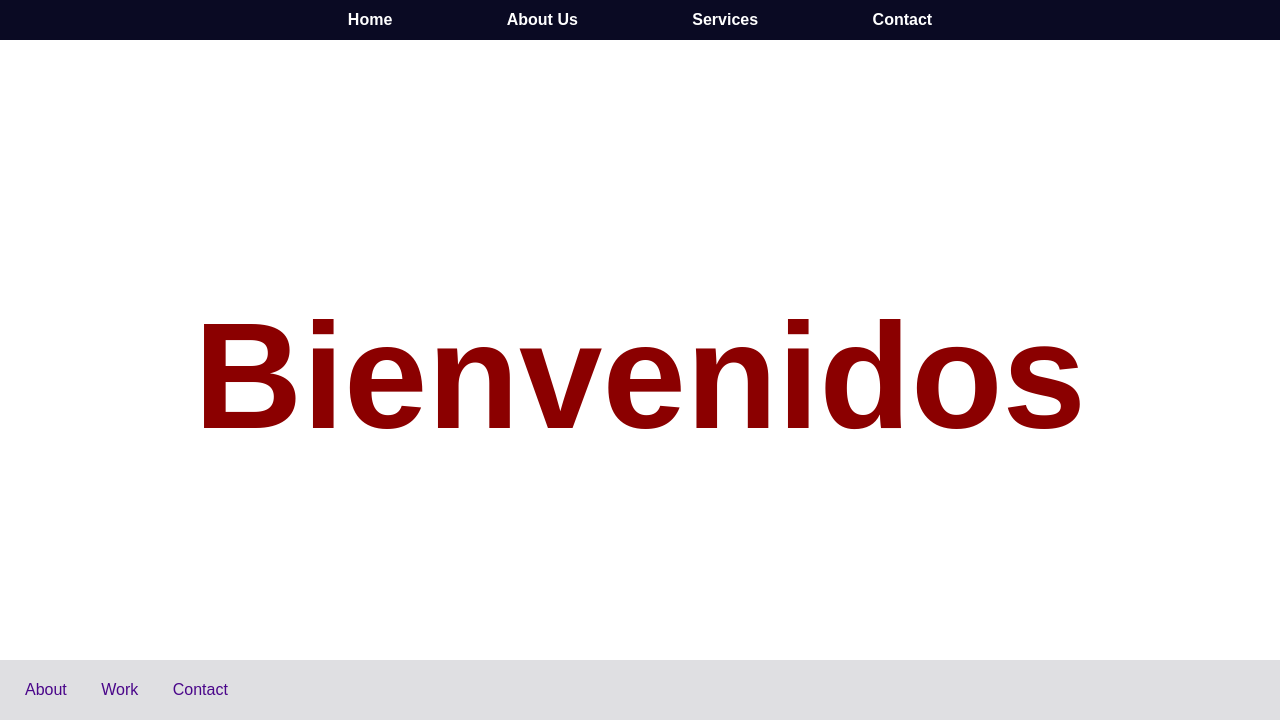
Repository: RaquelAlvarezz/Ejercicios-FormawebIV
Page: Práctica examen/index.html
The author's editor kept a copy of each file at every save. The page is drawn from the files as they stood at one save, then again after the next save.
The browser window is 1280 px wide. The pictures show the whole page.
Some web libraries are served in a nearby version.

Above is the page before, as saved 2021-11-25 12:59:58.
Console error: TypeError: Cannot read properties of null (reading 'addEventListener')

### Práctica examen/index.html
<!DOCTYPE html>
<html lang="en">
<head>
    <meta charset="UTF-8">
    <meta http-equiv="X-UA-Compatible" content="IE=edge">
    <meta name="viewport" content="width=device-width, initial-scale=1.0">
    <link rel="stylesheet" href="https://use.fontawesome.com/releases/v5.5.0/css/all.css" integrity="sha384-B4dIYHKNBt8Bc12p+WXckhzcICo0wtJAoU8YZTY5qE0Id1GSseTk6S+L3BlXeVIU" crossorigin="anonymous">
    <link rel="stylesheet" href="css/styles.css">
    <script src="js/script.js"type="text/javascript" defer></script>
    <script src="js/footer.js" type="text/javascript" defer></script>
    <title>Inicio</title>
</head>
<body>
    <header-component></header-component>
   <main>
    <!-- Your page's content -->
    <h1>Bienvenidos</h1>

  </main>
  <footer-component></footer-component>
</body>
</html>

### Práctica examen/css/styles.css
* {
    margin: 0;
    padding: 0;
}
html,
body {
  height: 100%;
}

body {
  color: rgb(74, 6, 138);
  font-family: sans-serif;
  display: flex;
  flex-direction: column;
}

main {
  flex: 1 0 auto;
}
h1{
    text-align: center;
    margin-top: 250px;
    font-size: 150px;
    color: darkred;
}
.container {
    font-family: 'Montserrat', sans-serif;
}

.banner {
    width: 100%;
    height: 100vh;
    background: linear-gradient(rgba(0, 0, 0, .7), rgba(0, 0, 0, .8)), url(../img/flower-g59389d559_1920.jpg) center no-repeat;
    background-size: cover;
}

.logo {
    height: 80px;
    width: 80px;
    position: fixed;
    top: 20px;
    left: 50px;
    z-index: 100;
}

.logo img {
    width: 100%;
}

.hamburger-menu {
    width: 45px;
    height: 35px;
    position: fixed;
    top: 40px;
    right: 50px;
    display: flex;
    flex-direction: column;
    justify-content: space-between;
    cursor: pointer;
    z-index: 100;
}



.top-nav {
    height: 15vh;
    width: 100%;
    background: linear-gradient(rgba(0, 0, 0, .8), rgba(0, 0, 0, .8)), url(images/nav-bg.jpeg) no-repeat 50% 0;
    background-size: cover;
    position: fixed;
    top: -15vh;
    z-index: 50;
    transition: top .4s;
}

.change .top-nav {
    top: 0;
}

.nav-list {
    list-style: none;
    width: 80%;
    margin: auto;
    height: inherit;
    display: flex;
    justify-content: space-evenly;
    align-items: center;
}

.nav-link {
    text-decoration: none;
    font-size: 30px;
    text-transform: uppercase;
    color: #ccc;
    background-color: #000;
    letter-spacing: 1px;
    padding: 5px 10px;
    display: block;
    position: relative;

}

.nav-link:hover {
    transform: rotateX(90deg);
}

.nav-link::after {
    content: attr(data-text);
    position: absolute;
    left: 0;
    bottom: -100%;
    background-color: #000;
    padding: inherit;
    color: #16c3cf;
    transform: rotateX(-90deg);
    transform-origin: top;
}

.bottom-nav {
    width: 100%;
    height: 85vh;
    background: linear-gradient(rgba(0, 0, 0, .8), rgba(0, 0, 0, .8)), url(images/nav-bg.jpeg) no-repeat 50% -15vh;
    background-size: cover;
    position: fixed;
    bottom: -85vh;
    transition: bottom .4s;
}


@media(max-width: 1200px) {
    .top-nav {
        background: #010101;
    }

    .nav-list {
        justify-content: center;
    }

    .nav-link {
        font-size: 25px;
    }

}

@media(max-width: 900px) {

    .top-nav {
        height: 25vh;
        top: -25vh;
    }

    .nav-list {
        width: 70%;
        flex-wrap: wrap;
        align-content: center;
    }

    .nav-link {
        margin: 3px 0;
    }

}
*/
@media(max-width: 750px) {
    .nav-list {
        width: 60%;
    }

}

@media(max-width: 550px) {

    .logo {
        width: 70px;
        height: 70px;
        left: 30px;
    }

    .top-nav {
        height: 30vh;
        top: -30vh;
    }

}

@media(max-width: 450px) {


    .top-nav {
        height: 35vh;
        top: -35vh;
    }

    .nav-list {
        width: 50%;
    }
}

### Práctica examen/js/script.js
const headerTemplate = document.createElement('template');

headerTemplate.innerHTML = `
  <style>
    nav {
      height: 40px;
      display: flex;
      align-items: center;
      justify-content: center;
      background-color:  #0a0a23;
    }

    ul {
      padding: 0;
    }

    ul li {
      list-style: none;
      display: inline;
    }

    a {
      font-weight: 700;
      margin: 0 55px;
      color: #fff;
      text-decoration: none;
    }

    a:hover {
      padding-bottom: 5px;
      box-shadow: inset 0 -2px 0 0 #fff;
    }
  </style>
  <div class="container">
       <div class="nav-wrapper">
           <div class="hamburger-menu">
               <div class="line line-1"></div>
               <div class="line line-2"></div>
               <div class="line line-3"></div>
           </div>
       <nav class="top-nav">
            <ul class="nav-list">

                   <li><a href="#" class="nav-link" data-text="Home">Home</a></li>
                   <li><a href="#" class="nav-link" data-text="About Us">About Us</a></li>
                   <li><a href="#" class="nav-link" data-text="Services">Services</a></li>
                   <li><a href="#" class="nav-link" data-text="Contact">Contact</a></li>
             </ul>
          </nav>
       </div>
   </div>
`;

class Header extends HTMLElement {
  constructor() {
    super();
  }

  connectedCallback() {
    const shadowRoot = this.attachShadow({ mode: 'closed' });

    shadowRoot.appendChild(headerTemplate.content);
  }
}
customElements.define('header-component', Header);
document.querySelector('.hamburger-menu').addEventListener('click', () => {
    document.querySelector('.nav-wrapper').classList.toggle('change');
});

### Práctica examen/js/footer.js
const footerTemplate = document.createElement('template');

footerTemplate.innerHTML = `
  <style>
    footer {
      height: 60px;
      padding: 0 10px;
      list-style: none;
      display: flex;
      flex-shrink: 0;
      justify-content: space-between;
      align-items: center;
      background-color: #dfdfe2;
    }

    ul {
      padding: 0;
    }

    ul li {
      list-style: none;
      display: inline;
    }

    a {
      margin: 0 15px;
      color: inherit;
      text-decoration: none;
    }

    a:hover {
      padding-bottom: 5px;
      box-shadow: inset 0 -2px 0 0 #333;
    }

    .social-row {
      font-size: 20px;
    }

    .social-row li a {
      margin: 0 15px;
    }
  </style>
  <footer>
    <ul>
      <li><a href="about.html">About</a></li>
      <li><a href="work.html">Work</a></li>
      <li><a href="contact.html">Contact</a></li>
    </ul>
    <ul class="social-row">
      <li><a href="https://github.com/my-github-profile"><i class="fab fa-github"></i></a></li>
      <li><a href="https://twitter.com/my-twitter-profile"><i class="fab fa-twitter"></i></a></li>
      <li><a href="https://www.linkedin.com/in/my-linkedin-profile"><i class="fab fa-linkedin"></i></a></li>
    </ul>
  </footer>
`;

class Footer extends HTMLElement {
  constructor() {
    super();
  }

  connectedCallback() {
    const fontAwesome = document.querySelector('link[href*="font-awesome"]');
    const shadowRoot = this.attachShadow({ mode: 'closed' });

    if (fontAwesome) {
      shadowRoot.appendChild(fontAwesome.cloneNode());
    }

    shadowRoot.appendChild(footerTemplate.content);
  }
}

customElements.define('footer-component', Footer);

After the next save:
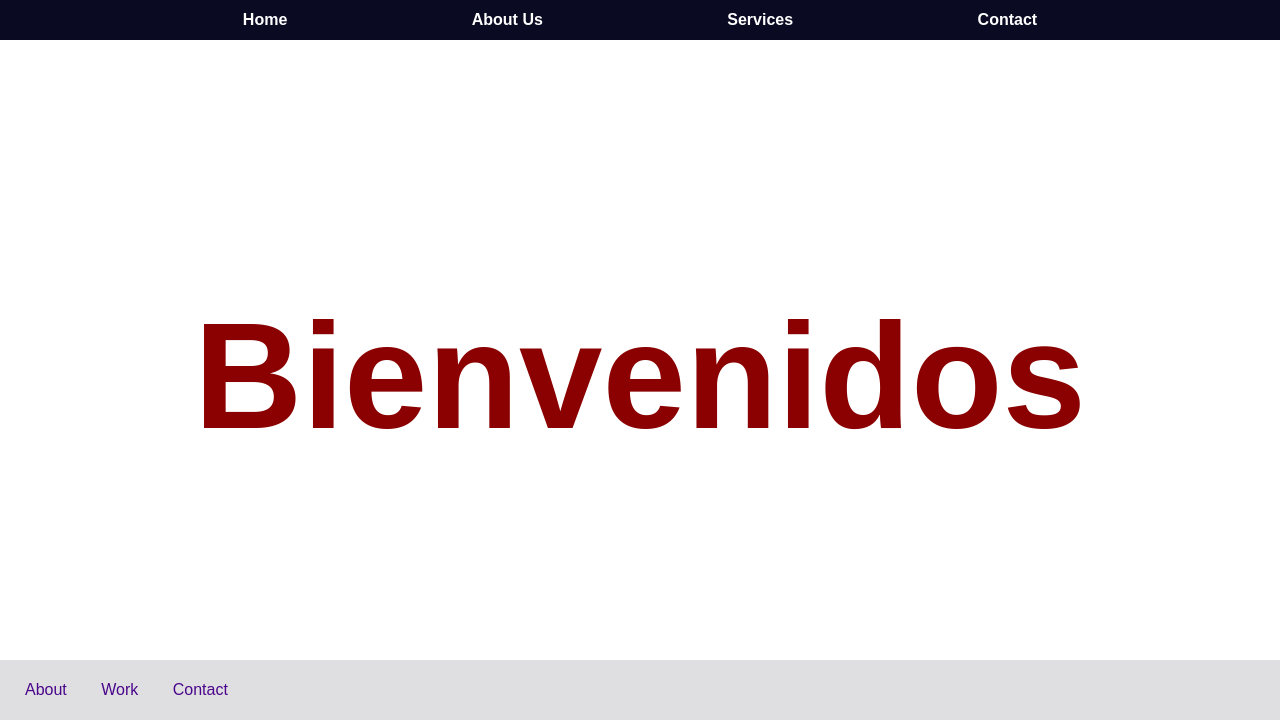
Saved 17 s later.
--- a/Práctica examen/js/script.js
+++ b/Práctica examen/js/script.js
@@ -21,7 +21,7 @@
 
     a {
       font-weight: 700;
-      margin: 0 55px;
+      margin: 0 90px;
       color: #fff;
       text-decoration: none;
     }
